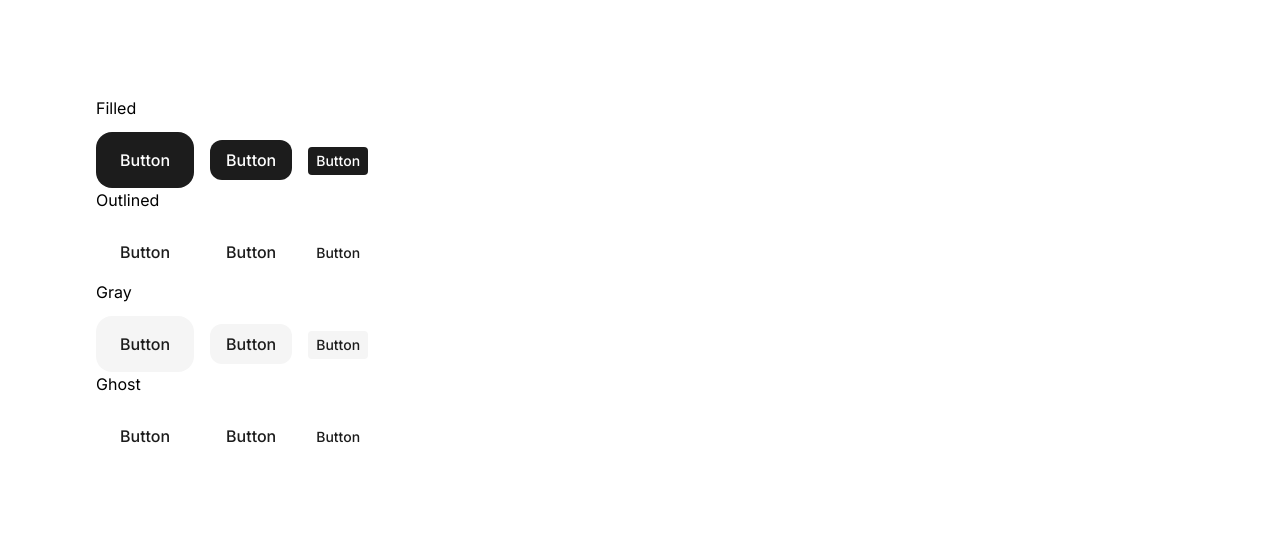
Repository: ggonzaga29/polarized-dashboard
Page: /
An editor plug-in stored every save of this project. The page is shown before and after the next save, followed by the edit.
The browser window is 1280 px wide. The pictures show the whole page.
The project was rebuilt for these pictures with package versions that can differ from the ones it lists, and the page was loaded fresh each time. The framework's server and built-in components were replaced by stand-ins that run in the browser. Also part of the build but not shown: next.config.js.

Above is the page before, as saved 2023-08-03 12:59:29.

### src/app/layout.jsx
import './globals.css';
import { Inter } from 'next/font/google';
import { ThemeProvider } from '@/context/theme-provider';

const inter = Inter({ subsets: ['latin'] });

export const metadata = {
  title: 'Polarized | Dashboard',
};

export default function RootLayout({ children }) {
  return (
    <html lang="en">
      <body className={inter.className}>
        <ThemeProvider attribute="class" defaultTheme="system" enableSystem>
          {children}
        </ThemeProvider>
      </body>
    </html>
  );
}

### src/app/page.jsx
import Image from 'next/image';
import { Button } from '@/components/ui/button';

export default function Home() {
  return (
    <main className="min-h-screen flex-col items-center justify-between p-24">
      <div>
        <h2>Filled</h2>
        <div className="space-x-4 mt-3">
          <Button variant="filled" size="lg">
            Button
          </Button>
          <Button variant="filled" size="md">
            Button
          </Button>
          <Button variant="filled" size="sm">
            Button
          </Button>
        </div>
      </div>
      <div>
        <h2>Outlined</h2>
        <div className="space-x-4 mt-3">
          <Button variant="outlined" size="lg">
            Button
          </Button>
          <Button variant="outlined" size="md">
            Button
          </Button>
          <Button variant="outlined" size="sm">
            Button
          </Button>
        </div>
      </div>
      <div>
        <h2>Gray</h2>
        <div className="space-x-4 mt-3">
          <Button variant="gray" size="lg">
            Button
          </Button>
          <Button variant="gray" size="md">
            Button
          </Button>
          <Button variant="gray" size="sm">
            Button
          </Button>
        </div>
      </div>
      <div>
        <h2>Ghost</h2>
        <div className="space-x-4 mt-3">
          <Button variant="ghost" size="lg">
            Button
          </Button>
          <Button variant="ghost" size="md">
            Button
          </Button>
          <Button variant="ghost" size="sm">
            Button
          </Button>
        </div>
      </div>
    </main>
  );
}

### src/app/globals.css
@tailwind base;
@tailwind components;
@tailwind utilities;

@layer base {
  :root {
    /* --background: 0 0% 100%;
    --foreground: 240 10% 3.9%;

    --muted: 240 4.8% 95.9%;
    --muted-foreground: 240 3.8% 46.1%;

    --popover: 0 0% 100%;
    --popover-foreground: 240 10% 3.9%;

    --card: 0 0% 100%;
    --card-foreground: 240 10% 3.9%;

    --border: 240 5.9% 90%;
    --input: 240 5.9% 90%;

    --primary: 240 5.9% 10%;
    --primary-foreground: 0 0% 98%;

    --secondary: 240 4.8% 95.9%;
    --secondary-foreground: 240 5.9% 10%;

    --accent: 240 4.8% 95.9%;
    --accent-foreground: 240 5.9% 10%;

    --destructive: 0 84.2% 60.2%;
    --destructive-foreground: 0 0% 98%;

    --ring: 240 5% 64.9%;

    --radius: 0.5rem; */

    /* 1C1C1C */
    --black-100: hsl(0, 0%, 11%);
    --black-80: hsl(0%, 11%, 80%);

    --white-100: hsl(0, 0%, 100%);
    --white-80: hsl(0, 0%, 80%);
    --white-40: hsl(0, 0%, 40%);
    --white-20: hsl(0, 0%, 20%);
    --white-10: hsl(0, 0%, 10%);
    --white-5: hsl(0, 0%, 5%);

    /* F7F9FB */
    --primary-light: hsl(210, 50%, 98%);
    /* E3F5FF */
    --primary-blue: hsl(210, 90%, 95%);
    /* E5ECF6 */
    --primary-purple: hsl(240, 20%, 90%);
    /* 1C1C1C */
    --primary-brand: hsl(0, 0%, 11%);

    /* 95A4FC */
    --secondary-purple-a: hsl(240, 60%, 75%);
    /* A8C5DA */
    --secondary-blue-a: hsl(200, 30%, 75%);
    /* E3F5FF */
    --secondary-blue-b: hsl(210, 90%, 95%);
    /* A1E3CB */
    --secondary-green-a: hsl(160, 70%, 75%);
    /* BAEDBD */
    --secondary-green-b: hsl(100, 40%, 75%);
    /* FFE999 */
    --secondary-yellow: hsl(50, 100%, 75%);
    /* FF4747 */
    --secondary-red: hsl(0, 100, 64);
  }

  .dark {
    /* --background: 240 10% 3.9%;
    --foreground: 0 0% 98%;

    --muted: 240 3.7% 15.9%;
    --muted-foreground: 240 5% 64.9%;

    --popover: 240 10% 3.9%;
    --popover-foreground: 0 0% 98%;

    --card: 240 10% 3.9%;
    --card-foreground: 0 0% 98%;

    --border: 240 3.7% 15.9%;
    --input: 240 3.7% 15.9%;

    --primary: 0 0% 98%;
    --primary-foreground: 240 5.9% 10%;

    --secondary: 240 3.7% 15.9%;
    --secondary-foreground: 0 0% 98%;

    --accent: 240 3.7% 15.9%;
    --accent-foreground: 0 0% 98%;

    --destructive: 0 62.8% 30.6%;
    --destructive-foreground: 0 85.7% 97.3%;

    --ring: 240 3.7% 15.9%; */
  }
}

@layer base {

}

### src/components/ui/button.jsx
import React from 'react';
import { cva } from 'class-variance-authority';
import { twMerge } from 'tailwind-merge';

const button = cva(
  [
    'inline-flex items-center gap-2 justify-center font-medium transition-colors disabled:pointer-events-none disabled:opacity-50',
  ],
  {
    variants: {
      variant: {
        filled: ['bg-[#1C1C1C]', 'text-white', "hover:bg-[#2C2C2C]"],
				outlined: ['border-[#1C1C1C]', 'text-[#1C1C1C]', 'hover:bg-[#1C1C1C]'],
				gray: ['bg-[#F5F5F5]', 'text-[#1C1C1C]', 'hover:bg-[#E5E5E5]'],
				ghost: ['text-[#1C1C1C]', 'hover:bg-[#1C1C1C]'],
      },

      size: {
        sm: ['px-2', 'py-1', 'rounded', "text-sm"],
        md: ['px-4', 'py-2', 'rounded-xl'],
        lg: ['px-6', 'py-4', 'rounded-2xl'],
      },
    },
  },
);

const Button = ({ variant, size, className, children }) => {
  if (!variant) variant = 'primary';
  if (!size) size = 'md';

  return (
    <button className={twMerge(button({ variant, size }), className)}>
      {children}
    </button>
  );
};

Button.displayName = 'Button';

export { Button };

### tailwind.config.js
/** @type {import('tailwindcss').Config} */
module.exports = {
	darkMode: ["class"],
	content: [
		'./pages/**/*.{js,jsx}',
		'./components/**/*.{js,jsx}',
		'./app/**/*.{js,jsx}',
		'./src/**/*.{js,jsx}',
	],
	theme: {
		// container: {
		//   center: true,
		//   padding: "2rem",
		//   screens: {
		//     "2xl": "1400px",
		//   },
		// },
		extend: {
			colors: {

				black: {
					DEFAULT: "#000000",
					100: "#F5F5F5",
					200: "#EEEEEE",


					// border: "hsl(var(--border))",
					// input: "hsl(var(--input))",
					// ring: "hsl(var(--ring))",
					// background: "hsl(var(--background))",
					// foreground: "hsl(var(--foreground))",
					// primary: {
					//   DEFAULT: "hsl(var(--primary))",
					//   foreground: "hsl(var(--primary-foreground))",
					// },
					// secondary: {
					//   DEFAULT: "hsl(var(--secondary))",
					//   foreground: "hsl(var(--secondary-foreground))",
					// },
					// destructive: {
					//   DEFAULT: "hsl(var(--destructive))",
					//   foreground: "hsl(var(--destructive-foreground))",
					// },
					// muted: {
					//   DEFAULT: "hsl(var(--muted))",
					//   foreground: "hsl(var(--muted-foreground))",
					// },
					// accent: {
					//   DEFAULT: "hsl(var(--accent))",
					//   foreground: "hsl(var(--accent-foreground))",
					// },
					// popover: {
					//   DEFAULT: "hsl(var(--popover))",
					//   foreground: "hsl(var(--popover-foreground))",
					// },
					// card: {
					//   DEFAULT: "hsl(var(--card))",
					//   foreground: "hsl(var(--card-foreground))",
					// },
				},
				borderRadius: {
					// lg: "var(--radius)",
					// md: "calc(var(--radius) - 2px)",
					// sm: "calc(var(--radius) - 4px)",
				},
				keyframes: {
					// "accordion-down": {
					//   from: { height: 0 },
					//   to: { height: "var(--radix-accordion-content-height)" },
					// },
					// "accordion-up": {
					//   from: { height: "var(--radix-accordion-content-height)" },
					//   to: { height: 0 },
					// },
				},
				animation: {
					// "accordion-down": "accordion-down 0.2s ease-out",
					// "accordion-up": "accordion-up 0.2s ease-out",
				},
			},
		},
		plugins: [require("tailwindcss-animate")],
	}
}

Loaded but not shown: src/context/theme-provider.jsx (common file)

After the next save:
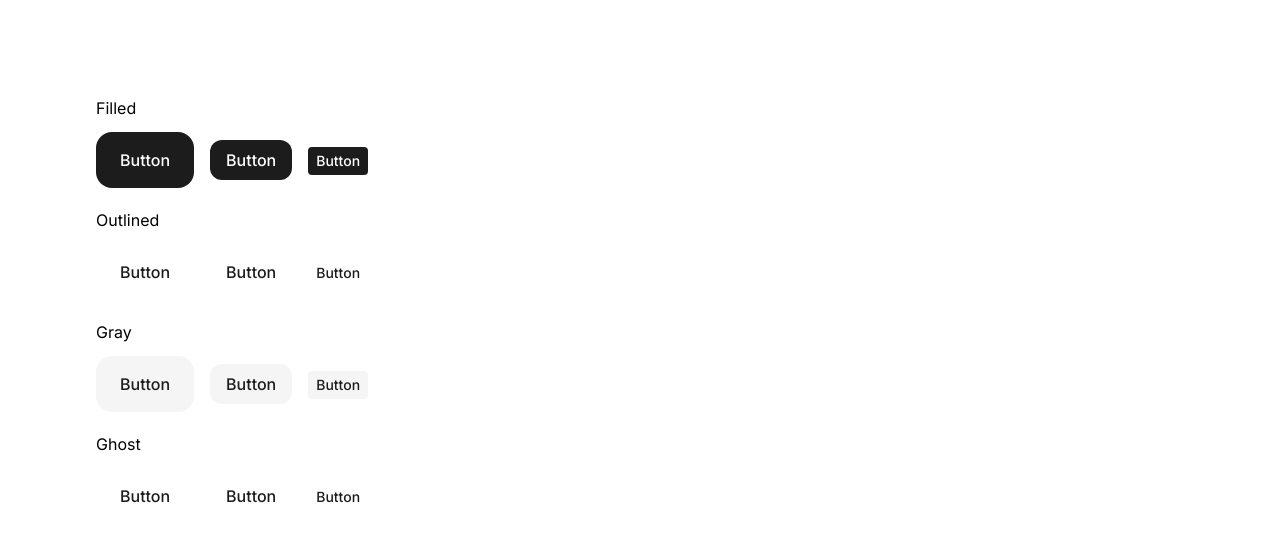
Saved 7 s later.
--- a/src/app/page.jsx
+++ b/src/app/page.jsx
@@ -3,7 +3,7 @@ import { Button } from '@/components/ui/button';
 
 export default function Home() {
   return (
-    <main className="min-h-screen flex-col items-center justify-between p-24">
+    <main className="min-h-screen flex-col items-center justify-between p-24 space-y-5">
       <div>
         <h2>Filled</h2>
         <div className="space-x-4 mt-3">
